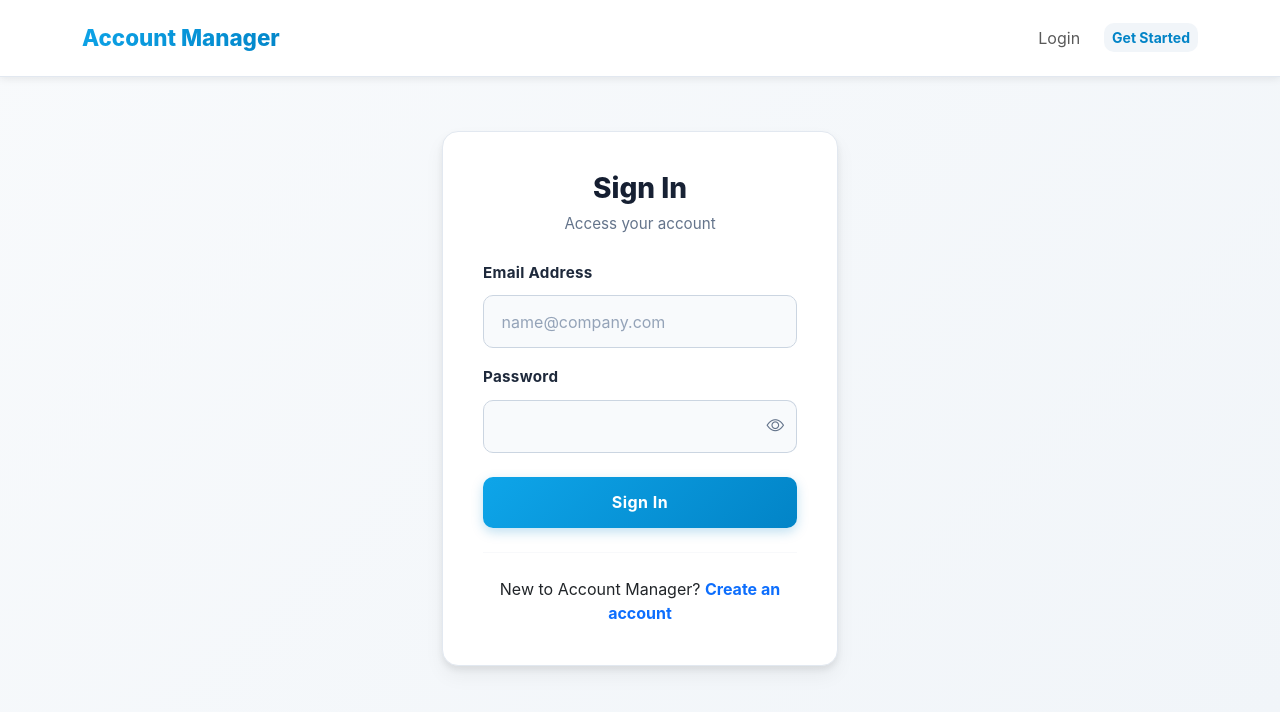
Repository: dharmik2910/Chaintech-Account-Manager
Page: /
These files come from the project's save history. The page is drawn as it stood at one moment and after the next save; the edit follows.
The browser window is 1280 px wide. The pictures show the whole page.
The project was rebuilt for these pictures with package versions that can differ from the ones it lists, and the page was loaded fresh each time. Also part of the build but not shown: vite.config.js, src/pages/AccountPage.jsx, src/pages/RegisterPage.jsx.

Above is the page before, as saved 2025-12-16 20:25:39.

### index.html
<!doctype html>
<html lang="en">
  <head>
    <meta charset="UTF-8" />
    <link rel="icon" type="image/svg+xml" href="/vite.svg" />
    <meta name="viewport" content="width=device-width, initial-scale=1.0" />
    <!-- Bootstrap Icons for simple eye / eye-slash icons -->
    <link
      rel="stylesheet"
      href="https://cdn.jsdelivr.net/npm/bootstrap-icons@1.11.3/font/bootstrap-icons.min.css"
    />
    <title>chaintech</title>
  </head>
  <body>
    <div id="root"></div>
    <script type="module" src="/src/main.jsx"></script>
  </body>
</html>

### src/main.jsx
import { StrictMode } from 'react'
import { createRoot } from 'react-dom/client'
import { BrowserRouter } from 'react-router-dom'
import 'bootstrap/dist/css/bootstrap.min.css'
import './index.css'
import App from './App.jsx'
import { AuthProvider } from './AuthContext.jsx'

createRoot(document.getElementById('root')).render(
  <StrictMode>
    <BrowserRouter>
      <AuthProvider>
        <App />
      </AuthProvider>
    </BrowserRouter>
  </StrictMode>,
)

### src/index.css
* {
  -webkit-font-smoothing: antialiased;
  -moz-osx-font-smoothing: grayscale;
}

body {
  margin: 0;
  min-height: 100vh;
  font-family: -apple-system, BlinkMacSystemFont, 'Segoe UI', 'Roboto', 'Oxygen',
    'Ubuntu', 'Cantarell', 'Fira Sans', 'Droid Sans', 'Helvetica Neue',
    sans-serif;
  background-color: #f5f6fa;
  color: #1f2937;
}

### src/App.jsx
import { Link, Navigate, Route, Routes, useNavigate } from 'react-router-dom'
import './App.css'
import { useAuth } from './AuthContext.jsx'
import AccountPage from './pages/AccountPage.jsx'
import LoginPage from './pages/LoginPage.jsx'
import RegisterPage from './pages/RegisterPage.jsx'

// Simple layout with a top navbar
function Layout({ children }) {
  const { currentUser, logout } = useAuth()
  const navigate = useNavigate()

  const handleLogout = () => {
    logout()
    navigate('/login')
  }

  return (
    <div className="app-root">
      <nav className="navbar navbar-expand-lg">
        <div className="container">
          <Link className="navbar-brand" to="/">
            Account Manager
          </Link>
          <button
            className="navbar-toggler"
            type="button"
            data-bs-toggle="collapse"
            data-bs-target="#mainNavbar"
            aria-controls="mainNavbar"
            aria-expanded="false"
            aria-label="Toggle navigation"
          >
            <span className="navbar-toggler-icon" />
          </button>
          <div className="collapse navbar-collapse" id="mainNavbar">
            <ul className="navbar-nav ms-auto align-items-lg-center gap-lg-2">
              {currentUser ? (
                <>
                  <li className="nav-item me-lg-2">
                    <span className="navbar-text small">Signed in as {currentUser.name}</span>
                  </li>
                  <li className="nav-item mt-2 mt-lg-0">
                    <button className="btn btn-outline-light btn-sm" onClick={handleLogout}>
                      Logout
                    </button>
                  </li>
                </>
              ) : (
                <>
                  <li className="nav-item">
                    <Link className="nav-link" to="/login">
                      Login
                    </Link>
                  </li>
                  <li className="nav-item">
                    <Link className="btn btn-light btn-sm ms-lg-2 mt-2 mt-lg-0" to="/register">
                      Get Started
                    </Link>
                  </li>
                </>
              )}
            </ul>
          </div>
        </div>
      </nav>

      <main className="app-main">
        <div className="container">{children}</div>
      </main>
    </div>
  )
}

// Protect routes that require authentication
function PrivateRoute({ children }) {
  const { currentUser, initialised } = useAuth()

  if (!initialised) {
    return (
      <div className="text-center mt-5">
        <div className="spinner-border text-primary" role="status">
          <span className="visually-hidden">Loading...</span>
        </div>
      </div>
    )
  }

  if (!currentUser) {
    return <Navigate to="/login" replace />
  }

  return children
}

function App() {
  return (
    <Layout>
      <Routes>
        <Route path="/" element={<Navigate to="/account" replace />} />
        <Route path="/login" element={<LoginPage />} />
        <Route path="/register" element={<RegisterPage />} />
        <Route
          path="/account"
          element={
            <PrivateRoute>
              <AccountPage />
            </PrivateRoute>
          }
        />
        <Route path="*" element={<Navigate to="/" replace />} />
      </Routes>
    </Layout>
  )
}

export default App

### src/AuthContext.jsx
import { createContext, useContext, useEffect, useState } from 'react'

// Key used to store users and current session in localStorage
const STORAGE_KEY = 'account_manager_users'
const CURRENT_USER_KEY = 'account_manager_current_user'

const AuthContext = createContext(null)

// Simple helper to read users from localStorage
function loadUsers() {
  try {
    const raw = localStorage.getItem(STORAGE_KEY)
    if (!raw) return []
    return JSON.parse(raw)
  } catch {
    return []
  }
}

// Simple helper to write users to localStorage
function saveUsers(users) {
  localStorage.setItem(STORAGE_KEY, JSON.stringify(users))
}

// Simple helper to read current user from localStorage
function loadCurrentUser() {
  try {
    const raw = localStorage.getItem(CURRENT_USER_KEY)
    if (!raw) return null
    return JSON.parse(raw)
  } catch {
    return null
  }
}

// Simple helper to write current user to localStorage
function saveCurrentUser(user) {
  if (!user) {
    localStorage.removeItem(CURRENT_USER_KEY)
  } else {
    localStorage.setItem(CURRENT_USER_KEY, JSON.stringify(user))
  }
}

export function AuthProvider({ children }) {
  const [users, setUsers] = useState([])
  const [currentUser, setCurrentUser] = useState(null)
  const [initialised, setInitialised] = useState(false)

  // Load any existing data when the app first mounts
  useEffect(() => {
    const storedUsers = loadUsers()
    const storedCurrentUser = loadCurrentUser()
    setUsers(storedUsers)
    setCurrentUser(storedCurrentUser)
    setInitialised(true)
  }, [])

  // Register a new account
  const register = ({ name, email, password }) => {
    // Basic duplicate email check
    const existing = users.find((u) => u.email.toLowerCase() === email.toLowerCase())
    if (existing) {
      throw new Error('An account with this email already exists.')
    }

    const newUser = {
      id: Date.now().toString(),
      name,
      email,
      password,
    }

    const updatedUsers = [...users, newUser]
    setUsers(updatedUsers)
    saveUsers(updatedUsers)

    // Automatically log the user in after registration
    setCurrentUser(newUser)
    saveCurrentUser(newUser)
  }

  // Log in with an existing account
  const login = ({ email, password }) => {
    const user = users.find(
      (u) => u.email.toLowerCase() === email.toLowerCase() && u.password === password,
    )
    if (!user) {
      throw new Error('Invalid email or password.')
    }
    setCurrentUser(user)
    saveCurrentUser(user)
  }

  // Log out the current user
  const logout = () => {
    setCurrentUser(null)
    saveCurrentUser(null)
  }

  // Update the current user's profile
  const updateProfile = ({ name, email, password }) => {
    if (!currentUser) return

    // Make sure we are not taking another user's email
    const emailTakenByAnother = users.find(
      (u) => u.email.toLowerCase() === email.toLowerCase() && u.id !== currentUser.id,
    )
    if (emailTakenByAnother) {
      throw new Error('Another account is already using this email.')
    }

    const updatedUser = {
      ...currentUser,
      name,
      email,
      password: password || currentUser.password, // Keep old password if none provided
    }

    const updatedUsers = users.map((u) => (u.id === currentUser.id ? updatedUser : u))
    setUsers(updatedUsers)
    saveUsers(updatedUsers)
    setCurrentUser(updatedUser)
    saveCurrentUser(updatedUser)
  }

  // Delete the current user's account
  const deleteAccount = () => {
    if (!currentUser) return

    const updatedUsers = users.filter((u) => u.id !== currentUser.id)
    setUsers(updatedUsers)
    saveUsers(updatedUsers)
    setCurrentUser(null)
    saveCurrentUser(null)
  }

  const value = {
    initialised,
    users,
    currentUser,
    register,
    login,
    logout,
    updateProfile,
    deleteAccount,
  }

  return <AuthContext.Provider value={value}>{children}</AuthContext.Provider>
}

export function useAuth() {
  const ctx = useContext(AuthContext)
  if (!ctx) {
    throw new Error('useAuth must be used within an AuthProvider')
  }
  return ctx
}

### src/App.css
.app-root {
  min-height: 100vh;
  display: flex;
  flex-direction: column;
  background: linear-gradient(135deg, #f8fafc 0%, #f1f5f9 100%);
}

.app-main {
  flex: 1;
  display: flex;
  align-items: center;
  justify-content: center;
  padding: 3rem 1rem;
}

.auth-wrapper {
  width: 100%;
  max-width: 420px;
  animation: fadeInUp 0.6s ease-out;
}

.account-wrapper {
  width: 100%;
  max-width: 620px;
  animation: fadeInUp 0.6s ease-out;
}

@keyframes fadeInUp {
  from {
    opacity: 0;
    transform: translateY(20px);
  }
  to {
    opacity: 1;
    transform: translateY(0);
  }
}

.card {
  border-radius: 16px;
  border: 1px solid #e2e8f0;
  box-shadow: 0 4px 6px rgba(0, 0, 0, 0.07), 0 10px 20px rgba(0, 0, 0, 0.05);
  transition: all 0.3s ease;
  background-color: white;
  overflow: hidden;
}

.card:hover {
  box-shadow: 0 12px 24px rgba(0, 0, 0, 0.1);
  transform: translateY(-4px);
}

.card-body {
  padding: 2.5rem;
}

.card-title {
  font-weight: 800;
  font-size: 1.75rem;
  background: linear-gradient(135deg, #0f172a 0%, #1e293b 100%);
  -webkit-background-clip: text;
  -webkit-text-fill-color: transparent;
  background-clip: text;
  margin-bottom: 0.5rem;
}

.navbar {
  background: white;
  box-shadow: 0 2px 8px rgba(0, 0, 0, 0.08);
  border-bottom: 1px solid #e2e8f0;
  padding: 1rem 0;
}

.navbar-brand {
  font-weight: 800;
  font-size: 1.4rem;
  background: linear-gradient(135deg, #0ea5e9 0%, #0284c7 100%);
  -webkit-background-clip: text;
  -webkit-text-fill-color: transparent;
  background-clip: text;
}

.navbar-text {
  color: #475569 !important;
  font-weight: 600;
  font-size: 0.95rem;
}

.form-label {
  font-weight: 700;
  color: #1e293b;
  margin-bottom: 0.65rem;
  font-size: 0.95rem;
  letter-spacing: 0.3px;
}

.form-control {
  border-radius: 10px;
  border: 1.5px solid #cbd5e1;
  padding: 0.85rem 1.1rem;
  font-size: 1rem;
  transition: all 0.3s ease;
  background-color: #f8fafc;
  font-weight: 500;
}

.form-control:hover:not(:focus) {
  border-color: #94a3b8;
  background-color: white;
}

.form-control:focus {
  background-color: white;
  border-color: #0284c7;
  box-shadow: 0 0 0 4px rgba(2, 132, 199, 0.1), inset 0 0 0 1px rgba(2, 132, 199, 0.05);
  outline: none;
}

.form-control.is-invalid {
  border-color: #ef4444;
  background-color: #fef2f2;
}

.form-control.is-invalid:focus {
  border-color: #ef4444;
  box-shadow: 0 0 0 4px rgba(239, 68, 68, 0.1), inset 0 0 0 1px rgba(239, 68, 68, 0.05);
}

.invalid-feedback {
  color: #dc2626;
  font-size: 0.85rem;
  margin-top: 0.5rem;
  font-weight: 600;
  display: block;
}

.form-control::placeholder {
  color: #94a3b8;
  font-weight: 400;
}

.btn-primary {
  background: linear-gradient(135deg, #0ea5e9 0%, #0284c7 100%);
  border: none;
  border-radius: 10px;
  padding: 0.85rem 1.75rem;
  font-weight: 700;
  font-size: 1rem;
  transition: all 0.3s ease;
  box-shadow: 0 4px 12px rgba(2, 132, 199, 0.25);
  letter-spacing: 0.5px;
}

.btn-primary:hover:not(:disabled) {
  background: linear-gradient(135deg, #06b6d4 0%, #0891b2 100%);
  box-shadow: 0 6px 16px rgba(2, 132, 199, 0.35);
  transform: translateY(-2px);
}

.btn-primary:active:not(:disabled) {
  transform: translateY(0);
  box-shadow: 0 2px 8px rgba(2, 132, 199, 0.25);
}

.btn-primary:disabled {
  opacity: 0.65;
  cursor: not-allowed;
}

.btn-primary:disabled {
  opacity: 0.65;
  cursor: not-allowed;
}

.btn-outline-light {
  border-radius: 10px;
  font-weight: 700;
  transition: all 0.3s ease;
  color: #475569 !important;
  border: 1.5px solid #cbd5e1;
  background-color: transparent;
}

.btn-outline-light:hover {
  background-color: white;
  border-color: #0284c7;
  color: #0284c7 !important;
}

.btn-light {
  border-radius: 10px;
  font-weight: 700;
  transition: all 0.3s ease;
  background-color: #f1f5f9;
  color: #0284c7 !important;
  border: none;
}

.btn-light:hover {
  background-color: #e2e8f0;
}

.btn-danger {
  background: linear-gradient(135deg, #ef4444 0%, #dc2626 100%);
  border: none;
  border-radius: 10px;
  padding: 0.85rem 1.75rem;
  font-weight: 700;
  font-size: 1rem;
  transition: all 0.3s ease;
  box-shadow: 0 4px 12px rgba(239, 68, 68, 0.25);
}

.btn-danger:hover:not(:disabled) {
  background: linear-gradient(135deg, #f87171 0%, #ef4444 100%);
  box-shadow: 0 6px 16px rgba(239, 68, 68, 0.35);
  transform: translateY(-2px);
}

.input-group .form-control {
  border-radius: 10px 0 0 10px;
}

.password-toggle-btn {
  border-color: #cbd5e1;
  background-color: #f8fafc;
  color: #64748b;
  border: 1.5px solid #cbd5e1;
  border-left: none;
  border-radius: 0 10px 10px 0;
  transition: all 0.3s ease;
  font-weight: 600;
}

.password-toggle-btn:hover,
.password-toggle-btn:focus {
  border-color: #0284c7;
  background-color: #e0f2fe;
  color: #0284c7;
  box-shadow: none;
}

.password-toggle-btn .bi {
  font-size: 1.1rem;
}

.alert {
  border-radius: 10px;
  border: none;
  animation: slideDown 0.3s ease-out;
  font-weight: 600;
  margin-bottom: 1.5rem;
  border-left: 5px solid;
  padding: 1rem 1.25rem;
}

@keyframes slideDown {
  from {
    opacity: 0;
    transform: translateY(-10px);
  }
  to {
    opacity: 1;
    transform: translateY(0);
  }
}

.alert-danger {
  background-color: #fef2f2;
  color: #991b1b;
  border-left-color: #ef4444;
}

.alert-success {
  background-color: #f0fdf4;
  color: #166534;
  border-left-color: #22c55e;
}

.link-primary {
  color: #0284c7;
  font-weight: 700;
  text-decoration: none;
  transition: all 0.3s ease;
}

.link-primary:hover {
  color: #0ea5e9;
  text-decoration: underline;
}

hr {
  border: none;
  border-top: 1px solid #e2e8f0;
  margin: 1.5rem 0;
}

.text-muted {
  color: #64748b !important;
  font-size: 0.95rem;
}

.text-center {
  text-align: center;
}

.spinner-border {
  border-width: 3px;
  color: #0284c7;
}

.account-field p {
  margin-bottom: 0.5rem;
  color: #0f172a;
  font-size: 1.05rem;
  font-weight: 600;
}

.account-field .text-muted {
  font-weight: 700;
  text-transform: uppercase;
  font-size: 0.75rem;
  letter-spacing: 1px;
  color: #94a3b8 !important;
}

.btn-outline-secondary {
  border-color: #cbd5e1;
  color: #64748b;
  transition: all 0.3s ease;
  border-radius: 10px;
  font-weight: 700;
}

.btn-outline-secondary:hover {
  background-color: #f1f5f9;
  border-color: #0284c7;
  color: #0284c7;
}

.btn-link {
  text-decoration: none;
  font-weight: 700;
  font-size: 0.95rem;
  color: #0284c7;
  transition: all 0.3s ease;
}

.btn-link:hover {
  color: #0ea5e9;
  text-decoration: underline;
}

@media (max-width: 768px) {
  .card-body {
    padding: 1.75rem;
  }
  .card-title {
    font-size: 1.5rem;
  }
  .app-main {
    padding: 2rem 1rem;
  }
  .navbar-brand {
    font-size: 1.2rem;
  }
}
}

### src/pages/LoginPage.jsx
import { useState } from 'react'
import { Link, useNavigate } from 'react-router-dom'
import { useAuth } from '../AuthContext.jsx'

function LoginPage() {
  const { login } = useAuth()
  const navigate = useNavigate()
  const [email, setEmail] = useState('')
  const [password, setPassword] = useState('')
  const [showPassword, setShowPassword] = useState(false)
  const [error, setError] = useState('')
  const [errors, setErrors] = useState({})
  const [isSubmitting, setIsSubmitting] = useState(false)

  const validateEmail = (email) => {
    const emailRegex = /^[^\s@]+@[^\s@]+\.[^\s@]+$/
    return emailRegex.test(email)
  }

  const validateForm = () => {
    const newErrors = {}

    if (!email.trim()) {
      newErrors.email = 'Email is required'
    } else if (!validateEmail(email)) {
      newErrors.email = 'Please enter a valid email address'
    }

    if (!password) {
      newErrors.password = 'Password is required'
    } else if (password.length < 6) {
      newErrors.password = 'Password must be at least 6 characters'
    }

    setErrors(newErrors)
    return Object.keys(newErrors).length === 0
  }

  const handleFieldChange = (field, value) => {
    if (field === 'email') {
      setEmail(value)
      if (errors.email) {
        setErrors(prev => ({ ...prev, email: '' }))
      }
    } else if (field === 'password') {
      setPassword(value)
      if (errors.password) {
        setErrors(prev => ({ ...prev, password: '' }))
      }
    }
    setError('')
  }

  const handleSubmit = async (event) => {
    event.preventDefault()
    setError('')

    if (!validateForm()) {
      return
    }

    try {
      setIsSubmitting(true)
      await login({ email, password })
      navigate('/account')
    } catch (e) {
      setError(e.message || 'Unable to log in. Please try again.')
    } finally {
      setIsSubmitting(false)
    }
  }

  return (
    <div className="row justify-content-center">
      <div className="col-md-6 col-lg-4 auth-wrapper">
        <div className="card">
          <div className="card-body">
            <h3 className="card-title mb-2 text-center">Sign In</h3>
            <p className="text-muted text-center mb-4">Access your account</p>
            {error && (
              <div className="alert alert-danger" role="alert">
                <strong>Login Failed:</strong> {error}
              </div>
            )}
            <form onSubmit={handleSubmit} noValidate>
              <div className="mb-3">
                <label htmlFor="email" className="form-label">
                  Email Address
                </label>
                <input
                  id="email"
                  type="email"
                  className={`form-control ${errors.email ? 'is-invalid' : ''}`}
                  value={email}
                  onChange={(e) => handleFieldChange('email', e.target.value)}
                  placeholder="name@company.com"
                  required
                />
                {errors.email && (
                  <div className="invalid-feedback d-block">{errors.email}</div>
                )}
              </div>
              <div className="mb-4">
                <label htmlFor="password" className="form-label">
                  Password
                </label>
                <div className="input-group">
                  <input
                    id="password"
                    type={showPassword ? 'text' : 'password'}
                    className={`form-control ${errors.password ? 'is-invalid' : ''}`}
                    value={password}
                    onChange={(e) => handleFieldChange('password', e.target.value)}
                    required
                  />
                  <button
                    type="button"
                    className="btn password-toggle-btn"
                    onClick={() => setShowPassword((prev) => !prev)}
                    aria-label={showPassword ? 'Hide password' : 'Show password'}
                  >
                    <i className={showPassword ? 'bi bi-eye-slash' : 'bi bi-eye'} />
                  </button>
                </div>
                {errors.password && (
                  <div className="invalid-feedback d-block">{errors.password}</div>
                )}
              </div>
              <button type="submit" className="btn btn-primary w-100" disabled={isSubmitting}>
                {isSubmitting ? 'Signing in...' : 'Sign In'}
              </button>
            </form>
            <hr />
            <p className="mb-0 text-center">
              New to Account Manager?{' '}
              <Link to="/register" className="link-primary">
                Create an account
              </Link>
            </p>
          </div>
        </div>
      </div>
    </div>
  )
}

export default LoginPage

After the next save:
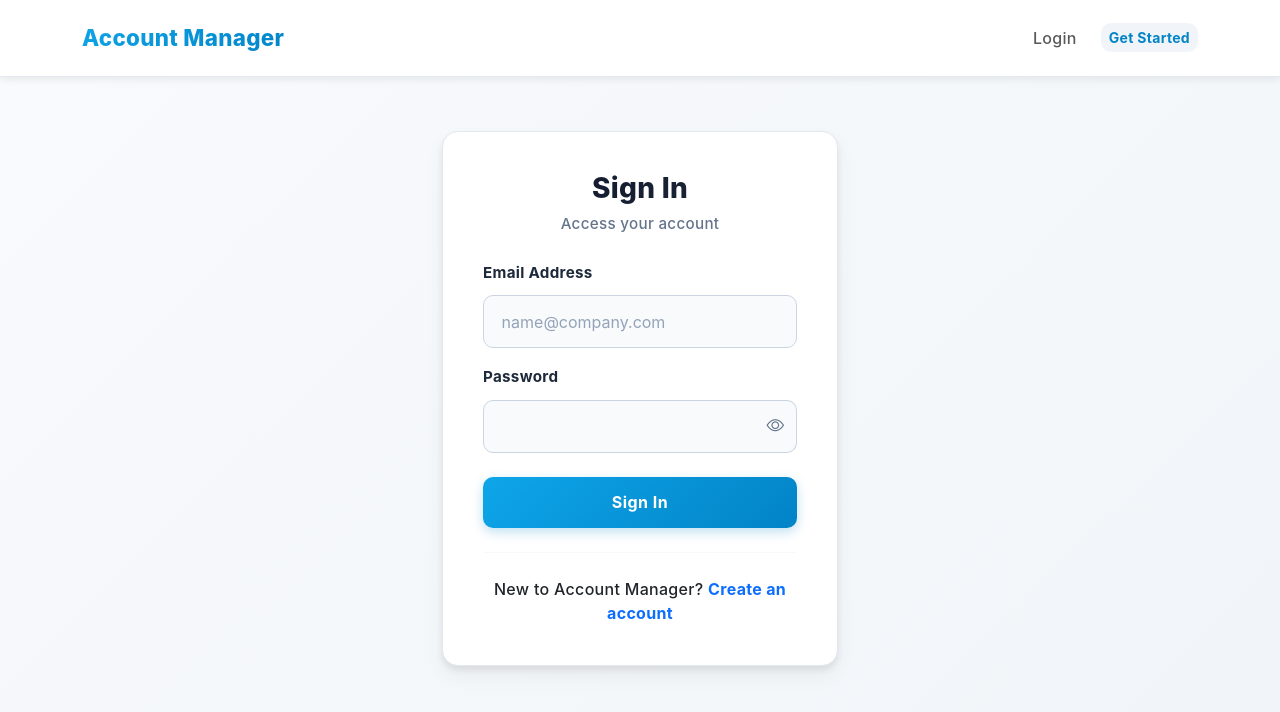
Saved 12 s later.
--- a/src/index.css
+++ b/src/index.css
@@ -1,6 +1,11 @@
 * {
   -webkit-font-smoothing: antialiased;
   -moz-osx-font-smoothing: grayscale;
+  box-sizing: border-box;
+}
+
+html {
+  scroll-behavior: smooth;
 }
 
 body {
@@ -9,6 +14,12 @@ body {
   font-family: -apple-system, BlinkMacSystemFont, 'Segoe UI', 'Roboto', 'Oxygen',
     'Ubuntu', 'Cantarell', 'Fira Sans', 'Droid Sans', 'Helvetica Neue',
     sans-serif;
-  background-color: #f5f6fa;
-  color: #1f2937;
+  background: linear-gradient(135deg, #f8fafc 0%, #f1f5f9 100%);
+  color: #0f172a;
+  font-weight: 500;
+  letter-spacing: 0.3px;
 }
+
+#root {
+  min-height: 100vh;
+}
